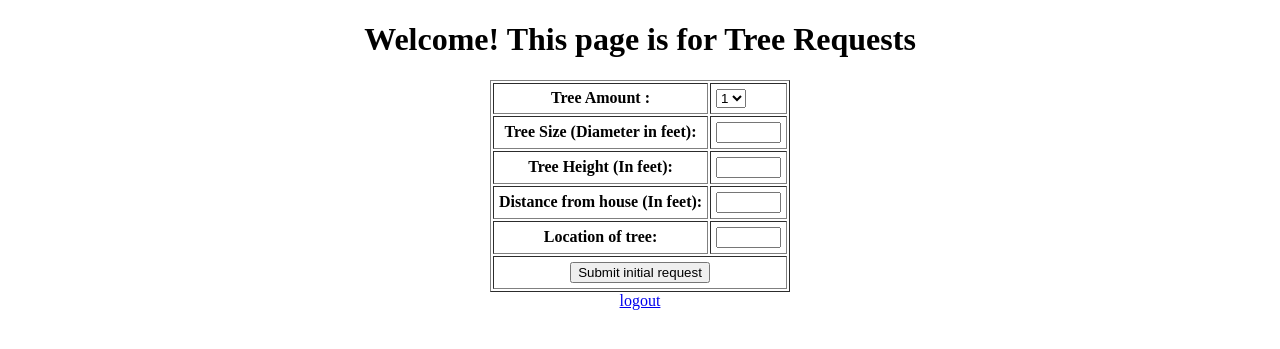
Repository: jrule5960/Tree-Cutting-Database
Page: http://localhost/database/processTreeRequest.jsp
An editor plug-in stored every save of this project. The page is shown before and after the next save, followed by the edit.
The browser window is 1280 px wide. The pictures show the whole page.
The page is served by Tomcat 9. Other server files are loaded and not shown.

Above is the page before, as saved 2023-11-06 21:51:12.

### database/WebContent/processTreeRequest.jsp
<%@ page language="java" contentType="text/html; charset=ISO-8859-1"
    pageEncoding="ISO-8859-1"%>
<%@ taglib uri="http://java.sun.com/jsp/jstl/core" prefix="c" %>

<!DOCTYPE html>
<html>
<head>
<meta charset="ISO-8859-1">
<title>Process Tree page</title>
</head>

<center><h1>Welcome! This page is for Tree Requests</h1> </center>

	<center>
	</center>



	<form action = "DavidSmithView.jsp" method = "post">
	<center>

		<table border="1" cellpadding="5">
		<tr>
			<th> Tree Amount : </th>
			<td>
			<select name= "tree_num">
				<option value ="1"> 1  </option>
				<option value ="2"> 2  </option>
				<option value ="3"> 3  </option>
			</select>
			</td>
		</tr>

		<tr>
			<th> Tree Size (Diameter in feet): </th>
			<td align="center" colspan="8">
			<input type = "text" name = "tree_size" size = "5">
			</td>
		</tr>

		<tr>
			<th> Tree Height (In feet): </th>
			<td align="center" colspan="8">
			<input type = "text" name = "tree_height" size = "5">
			</td>
		</tr>

		<tr>
			<th> Distance from house (In feet): </th>
			<td align="center" colspan="8">
			<input type = "text" name = "tree_distance" size = "5">
			</td>
		</tr>

		<tr>
			<th> Location of tree: </th>
			<td align="center" colspan="8">
			<input type = "text" name = "tree_location" size = "5">
			</td>
		</tr>

		<tr>
			<td align="center" colspan="8">
			<input type = "submit" value = "Submit initial request">
			</td>
		</tr>
		</center>

		</table>
	</form>


	<body>
	 <center>
		 <a href="login.jsp"target ="_self" > logout</a><br><br>
		 </center>
	</body>
</html>

After the next save:
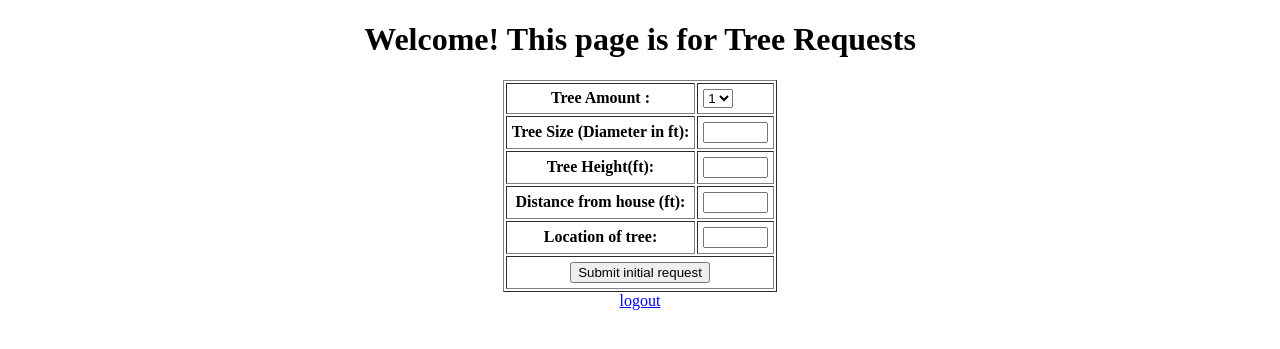
Saved 8 min 44 s later.
--- a/database/WebContent/processTreeRequest.jsp
+++ b/database/WebContent/processTreeRequest.jsp
@@ -32,21 +32,21 @@
 		</tr>
 
 		<tr>
-			<th> Tree Size (Diameter in feet): </th>
+			<th> Tree Size (Diameter in ft): </th>
 			<td align="center" colspan="8">
 			<input type = "text" name = "tree_size" size = "5">
 			</td>
 		</tr>
 
 		<tr>
-			<th> Tree Height (In feet): </th>
+			<th> Tree Height(ft): </th>
 			<td align="center" colspan="8">
 			<input type = "text" name = "tree_height" size = "5">
 			</td>
 		</tr>
 
 		<tr>
-			<th> Distance from house (In feet): </th>
+			<th> Distance from house (ft): </th>
 			<td align="center" colspan="8">
 			<input type = "text" name = "tree_distance" size = "5">
 			</td>
